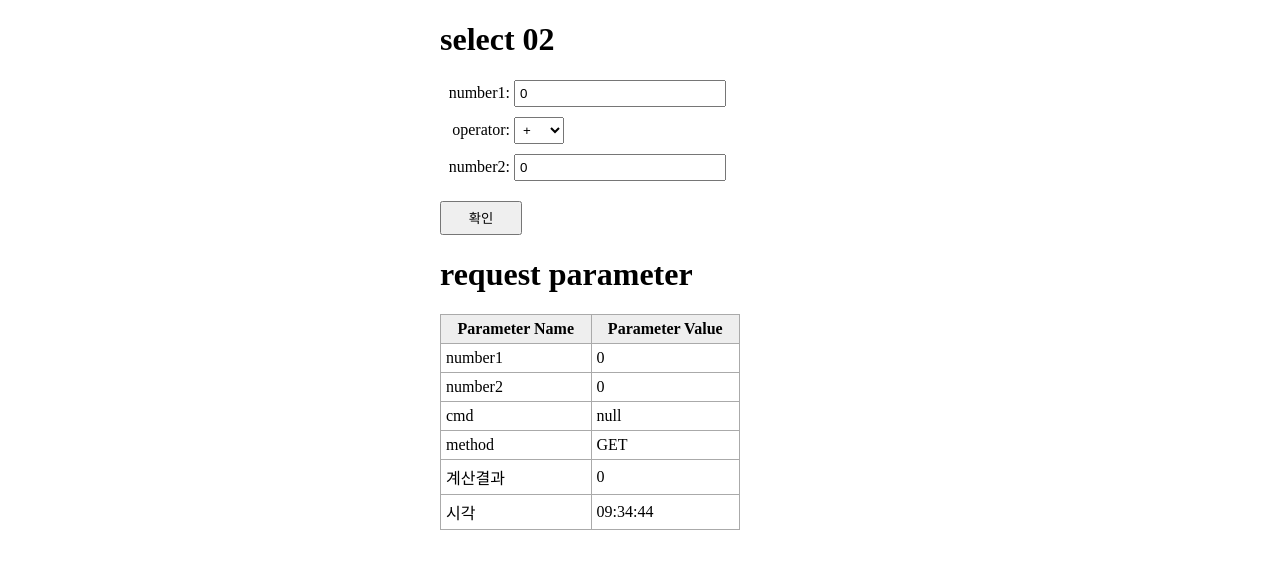
Repository: 5anniversary/JSPhw
Page: http://localhost/lecture1/form01/form1.jsp
The author's editor kept a copy of each file at every save. The page is drawn from the files as they stood at one save, then again after the next save.
The browser window is 1280 px wide. The pictures show the whole page.
The page is served by Tomcat 9. Other server files are loaded and not shown.

Above is the page before, as saved 2020-04-11 11:34:16.

### lecture1/WebContent/form01/form1.jsp
<%@ page language="java" contentType="text/html; charset=UTF-8" pageEncoding="UTF-8"%>
<%@ page import="java.util.Date, java.text.SimpleDateFormat"%>
<!DOCTYPE html>
<html>
<head>
<meta http-equiv="Content-Type" content="text/html; charset=utf-8">
<style>
div.container {
	width: 400px;
	margin: 20px auto;
}

form div {
	margin-bottom: 10px;
}

label {
	display: inline-block;
	width: 70px;
	text-align: right;
}

input {
	width: 200px;
	padding: 4px;
}

select {
	width: 50px;
	padding: 4px;
}

button {
	padding: 0.4em 2em;
	margin-top: 10px;
}

table {
	width: 300px;
	border-collapse: collapse;
}

thead tr {
	background-color: #eee;
}

td, th {
	border: 1px solid #aaa;
	padding: 5px;
}
</style>
</head>
<body>
	<%
		String s1 = request.getParameter("number1");
	int number1 = (s1 == null) ? 0 : Integer.parseInt(s1);
	String s2 = request.getParameter("number2");
	int number2 = (s2 == null) ? 0 : Integer.parseInt(s2);
	String cmd = request.getParameter("cmd");
	int result = 0;
	if ("+".equals(cmd))
		result = number1 + number2;
	else if ("-".equals(cmd))
		result = number1 - number2;
	else if ("*".equals(cmd))
		result = number1 * number2;
	else if ("/".equals(cmd))
		result = number1 / number2;
	%>
	<div class="container">
		<form method="get">
			<h1>select 02</h1>
			<div>
				<label>number1:</label> <input type="text" name="number1"
					value="<%=number1%>" />
			</div>
			<div>
				<label>operator:</label> <select name="cmd">
					<option value="+" <%="+".equals(cmd) ? "selected" : ""%>>+</option>
					<option value="-" <%="-".equals(cmd) ? "selected" : ""%>>-</option>
					<option value="*" <%="*".equals(cmd) ? "selected" : ""%>>*</option>
					<option value="/" <%="/".equals(cmd) ? "selected" : ""%>>/</option>
				</select>
			</div>
			<div>
				<label>number2:</label> <input type="text" name="number2"
					value="<%=number2%>" />
			</div>
			<div>
				<button type="submit">확인</button>
			</div>
		</form>
		<h1>request parameter</h1>
		<table>
			<thead>
				<tr>
					<th>Parameter Name</th>
					<th>Parameter Value</th>
				</tr>
			</thead>
			<tbody>
				<tr>
					<td>number1</td>
					<td><%=number1%></td>
				</tr>
				<tr>
					<td>number2</td>
					<td><%=number2%></td>
				</tr>
				<tr>
					<td>cmd</td>
					<td><%=cmd%></td>
				</tr>
				<tr>
					<td>method</td>
					<td><%=request.getMethod()%></td>
				</tr>
				<tr>
					<td>계산결과</td>
					<td><%= result %></td>
				</tr>
				<tr>
					<td>시각</td>
					<td><%= new SimpleDateFormat("HH:mm:ss").format(new Date()) %></td>
				</tr>
			</tbody>
		</table>
	</div>
</body>
</html>

After the next save:
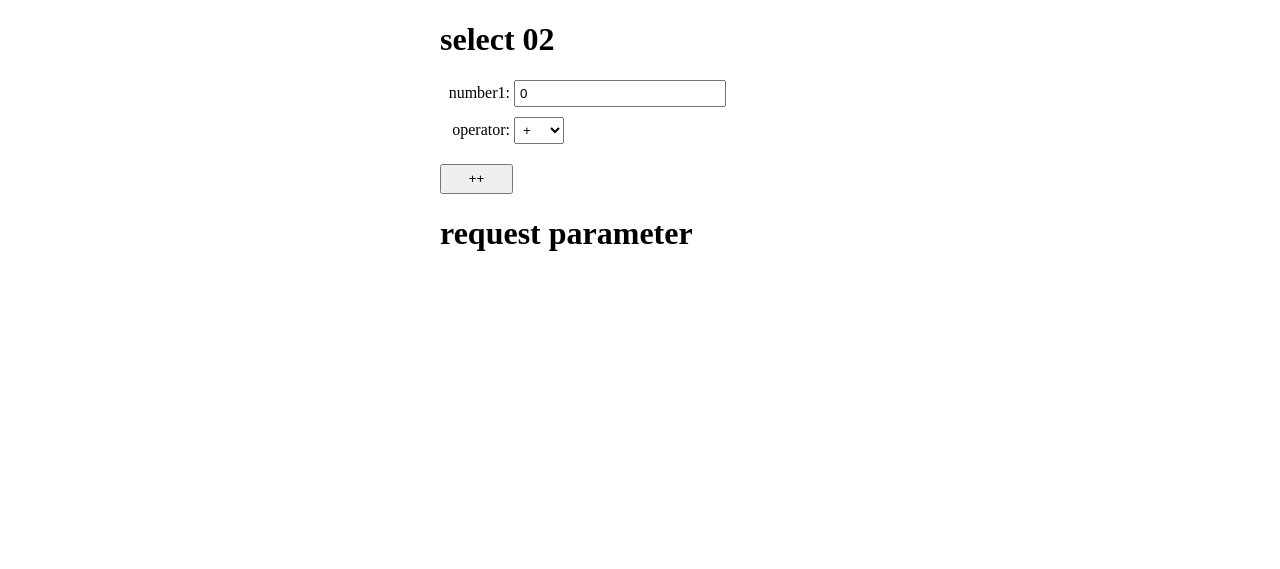
Saved 114 s later.
--- a/lecture1/WebContent/form01/form1.jsp
+++ b/lecture1/WebContent/form01/form1.jsp
@@ -59,7 +59,7 @@ td, th {
 	String cmd = request.getParameter("cmd");
 	int result = 0;
 	if ("+".equals(cmd))
-		result = number1 + number2;
+		result = result + result;
 	else if ("-".equals(cmd))
 		result = number1 - number2;
 	else if ("*".equals(cmd))
@@ -72,7 +72,7 @@ td, th {
 			<h1>select 02</h1>
 			<div>
 				<label>number1:</label> <input type="text" name="number1"
-					value="<%=number1%>" />
+					value="<%= result %>" />
 			</div>
 			<div>
 				<label>operator:</label> <select name="cmd">
@@ -83,48 +83,10 @@ td, th {
 				</select>
 			</div>
 			<div>
-				<label>number2:</label> <input type="text" name="number2"
-					value="<%=number2%>" />
-			</div>
-			<div>
-				<button type="submit">확인</button>
+				<button type="submit">++</button>
 			</div>
 		</form>
 		<h1>request parameter</h1>
-		<table>
-			<thead>
-				<tr>
-					<th>Parameter Name</th>
-					<th>Parameter Value</th>
-				</tr>
-			</thead>
-			<tbody>
-				<tr>
-					<td>number1</td>
-					<td><%=number1%></td>
-				</tr>
-				<tr>
-					<td>number2</td>
-					<td><%=number2%></td>
-				</tr>
-				<tr>
-					<td>cmd</td>
-					<td><%=cmd%></td>
-				</tr>
-				<tr>
-					<td>method</td>
-					<td><%=request.getMethod()%></td>
-				</tr>
-				<tr>
-					<td>계산결과</td>
-					<td><%= result %></td>
-				</tr>
-				<tr>
-					<td>시각</td>
-					<td><%= new SimpleDateFormat("HH:mm:ss").format(new Date()) %></td>
-				</tr>
-			</tbody>
-		</table>
 	</div>
 </body>
 </html>
